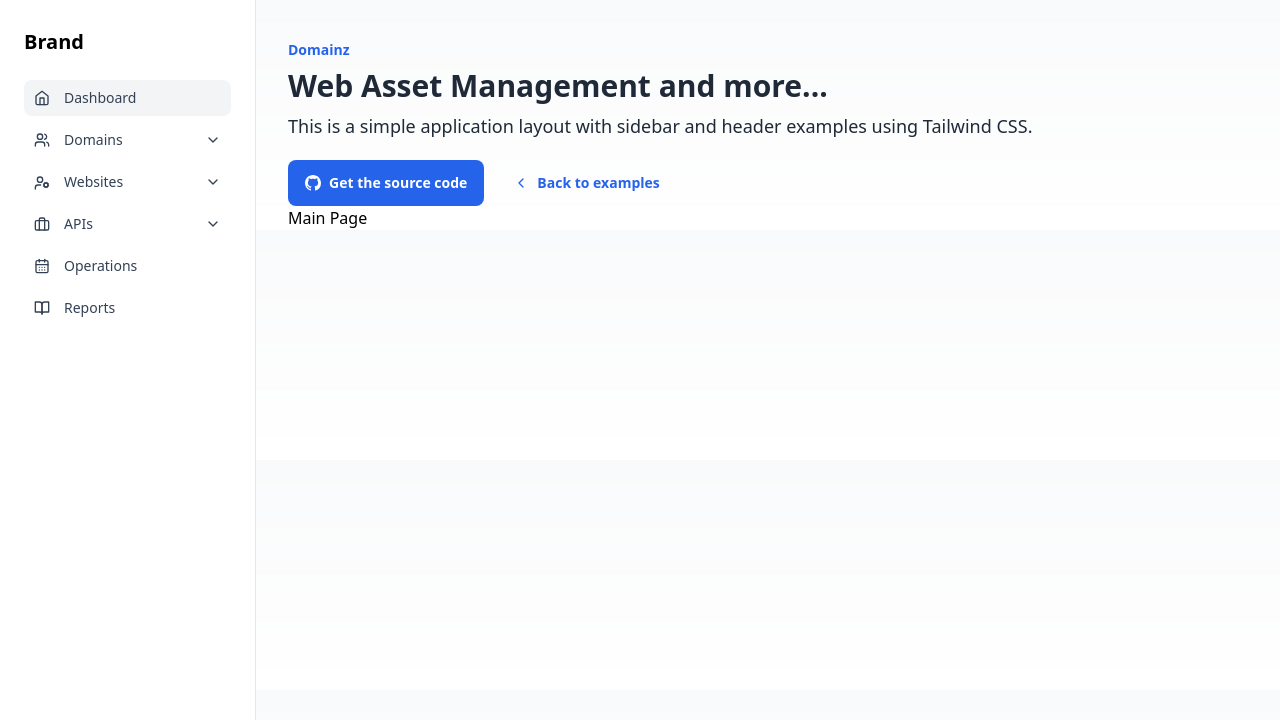
Repository: prodigytutor/my-app
Page: /
An editor plug-in stored every save of this project. The page is shown before and after the next save, followed by the edit.
The browser window is 1280 px wide. The pictures show the whole page.
The project was rebuilt for these pictures with package versions that can differ from the ones it lists, and the page was loaded fresh each time. The framework's server and built-in components were replaced by stand-ins that run in the browser. Also part of the build but not shown: next.config.js.

Above is the page before, as saved 2023-12-07 14:40:59.

After the next save:
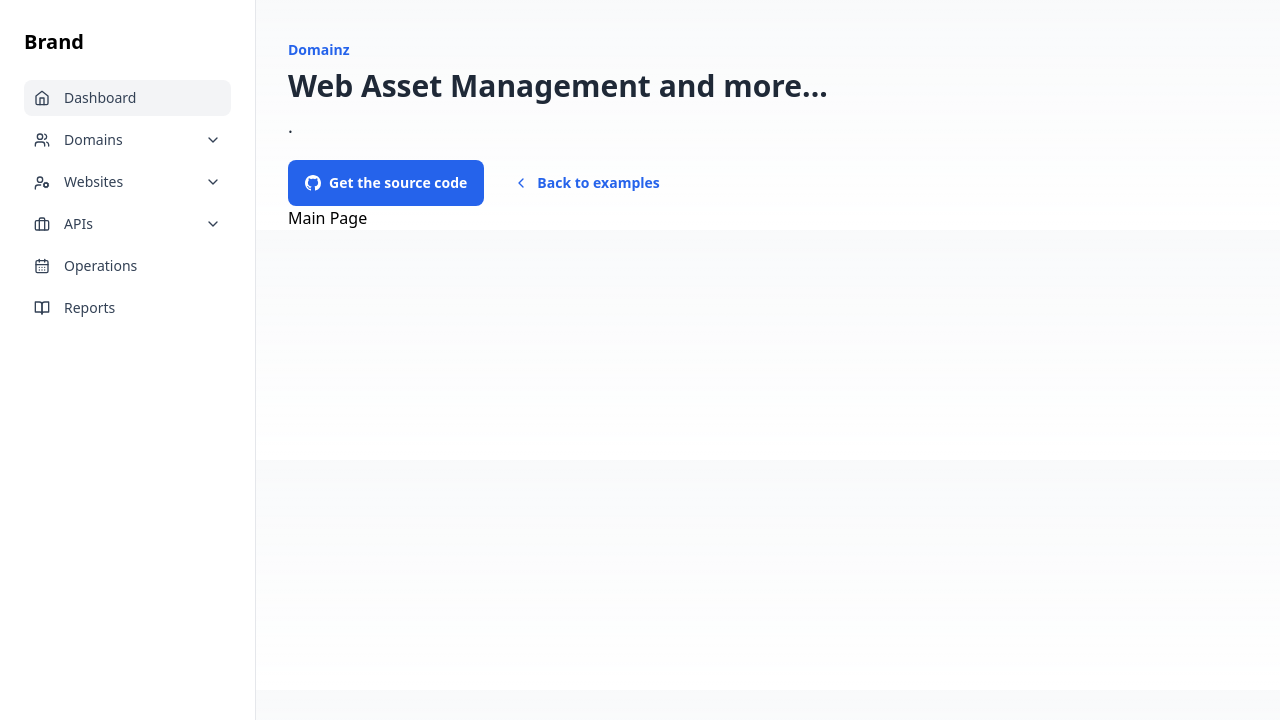
Saved 12 s later.
--- a/src/components/Header.tsx
+++ b/src/components/Header.tsx
@@ -10,7 +10,7 @@ const header: React.FC<IAppProps> = () => {
         <header>
         <p className="mb-2 text-sm font-semibold text-blue-600">Domainz</p>
         <h1 className="block text-2xl font-bold text-gray-800 sm:text-3xl dark:text-white">Web Asset Management and more...</h1>
-        <p className="mt-2 text-lg text-gray-800 dark:text-gray-400">This is a simple application layout with sidebar and header examples using Tailwind CSS.</p>
+        <p className="mt-2 text-lg text-gray-800 dark:text-gray-400">.</p>
         <div className="mt-5 flex flex-col items-center gap-2 sm:flex-row sm:gap-3">
           <a className="w-full sm:w-auto py-3 px-4 inline-flex justify-center items-center gap-x-2 text-sm font-semibold rounded-lg border border-transparent bg-blue-600 text-white hover:bg-blue-700 disabled:opacity-50 disabled:pointer-events-none dark:focus:outline-none dark:focus:ring-1 dark:focus:ring-gray-600" href="https://github.com/htmlstreamofficial/preline/tree/main/examples/html" target="_blank">
             <svg className="flex-shrink-0 w-4 h-4" xmlns="http://www.w3.org/2000/svg" width="16" height="16" fill="currentColor" viewBox="0 0 16 16">
